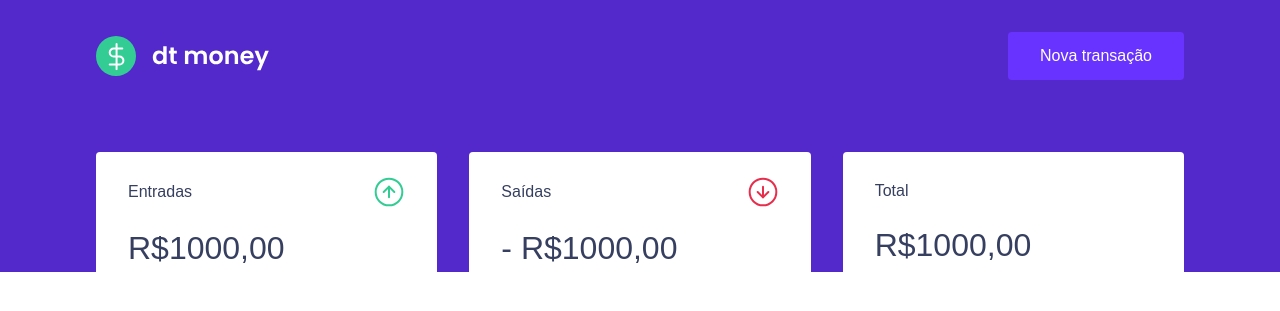
Repository: joaovnogueira/dtmoney
Page: /
These files come from the project's save history. The page is drawn as it stood at one moment and after the next save; the edit follows.
The browser window is 1280 px wide. The pictures show the whole page.
The project was rebuilt for these pictures with package versions that can differ from the ones it lists, and the page was loaded fresh each time.

Above is the page before, as saved 2022-06-21 14:39:40.

After the next save:
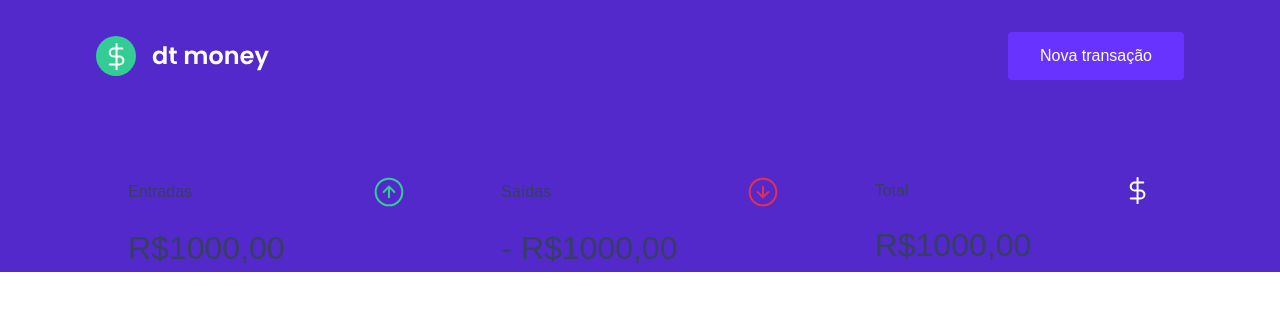
Saved 102 s later.
--- a/src/components/summary/styles.ts
+++ b/src/components/summary/styles.ts
@@ -7,7 +7,7 @@ export const Container = styled.div`
     margin-top: -10rem;
 
     div {
-        background: var(--shape);
+        background: var(-);
         padding: 1.5rem 2rem;
         border-radius: 0.25rem;
         color: var(--text-title);
